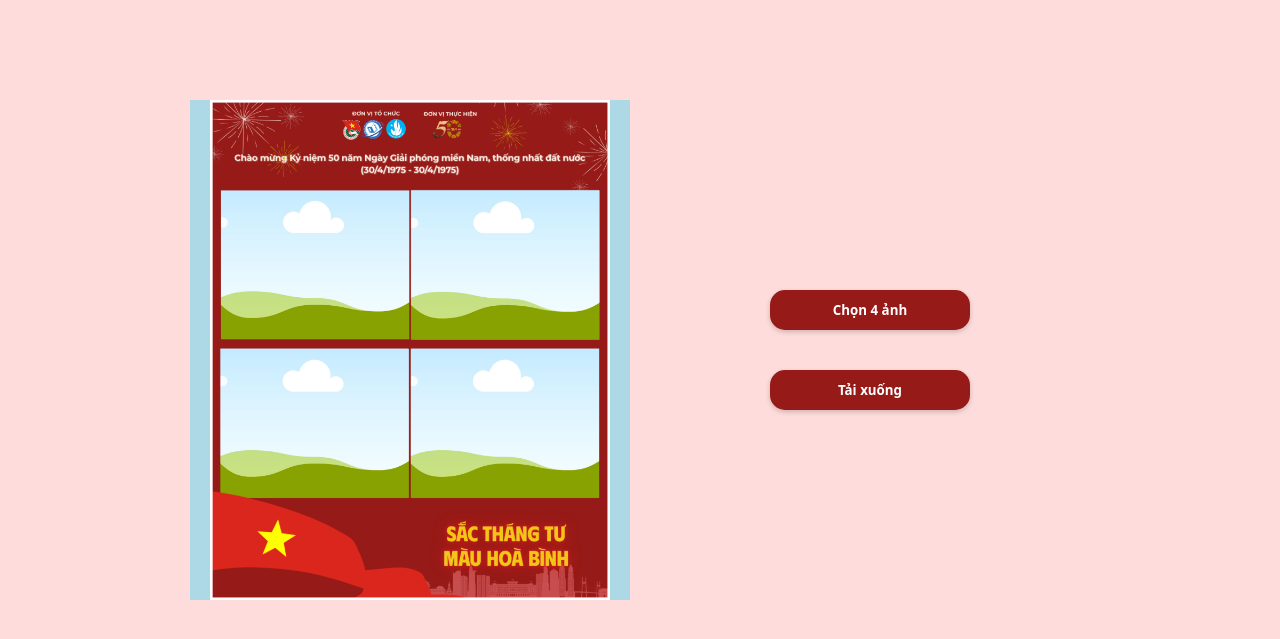
Repository: nguyentambinh/tuoitretdmu
Page: http://localhost/
An editor plug-in stored every save of this project. The page is shown before and after the next save, followed by the edit.
The browser window is 1280 px wide. The pictures show the whole page.
The page is run by PHP 8.4 with error messages shown; the project is at /var/www/html/.

Above is the page before, as saved 2025-04-10 13:44:01.
Console error: TypeError: Cannot read properties of null (reading 'addEventListener')

After the next save:
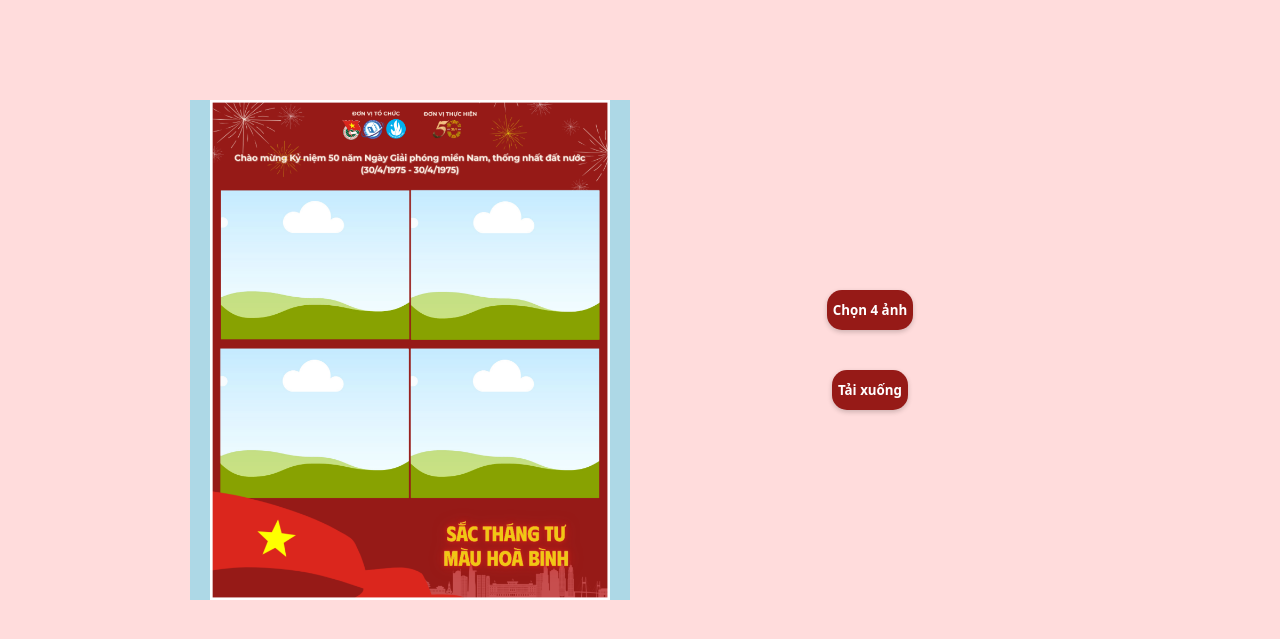
Saved 17 s later.
--- a/main.css
+++ b/main.css
@@ -56,7 +56,7 @@
     border-radius: 15px;
     font-weight: bold;
     font-family: system-ui;
-    width: 200px;
+    /* width: 200px; */
     height: 40px;
     color: white;
     margin: 20px 0;

After the save that followed:
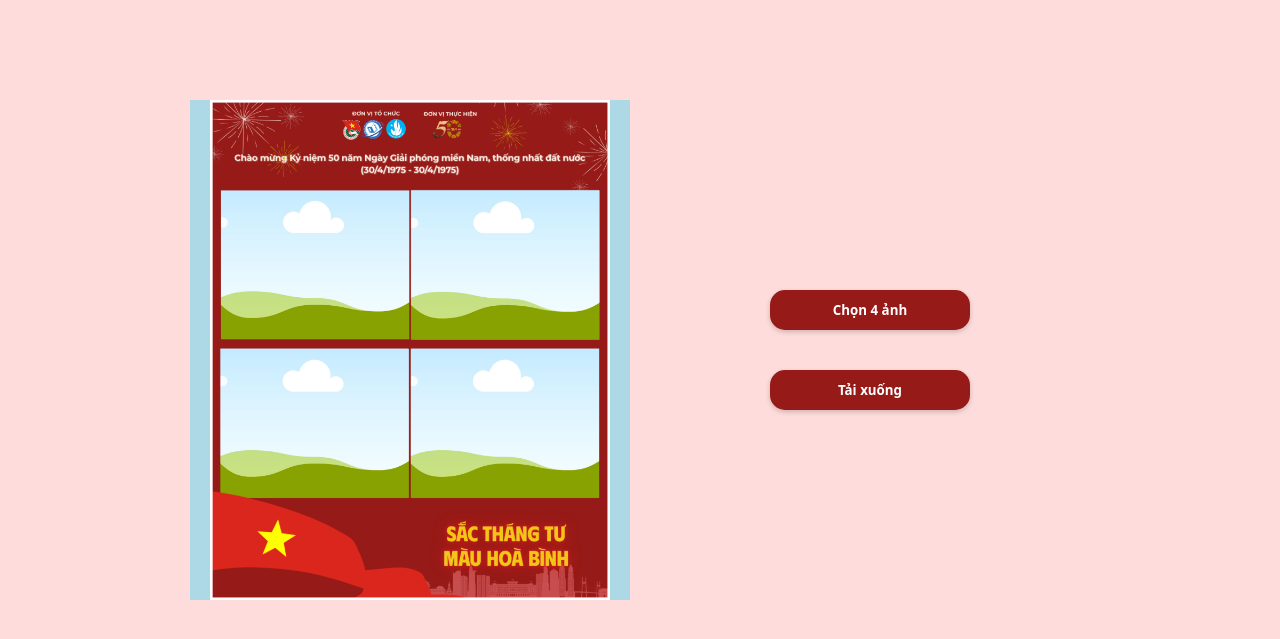
Saved 16 s later.
--- a/main.css
+++ b/main.css
@@ -56,7 +56,7 @@
     border-radius: 15px;
     font-weight: bold;
     font-family: system-ui;
-    /* width: 200px; */
+    width: 200px;
     height: 40px;
     color: white;
     margin: 20px 0;
